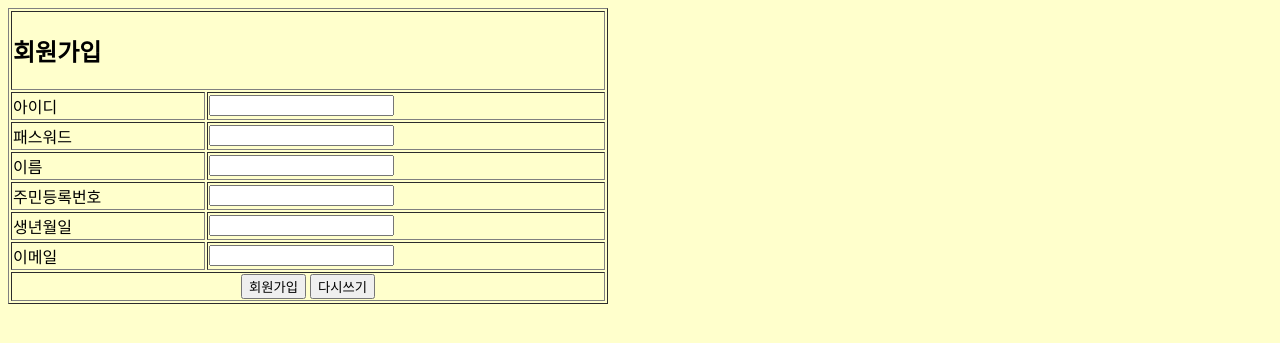
Repository: Chaelin02/2-_JSP
Page: http://localhost/BasicJSP/b06/bean/member.jsp
These files come from the project's save history. The page is drawn as it stood at one moment and after the next save; the edit follows.
The browser window is 1280 px wide. The pictures show the whole page.
The page is served by Tomcat 9.

Above is the page before, as saved 2019-06-24 02:01:02.

After the next save:
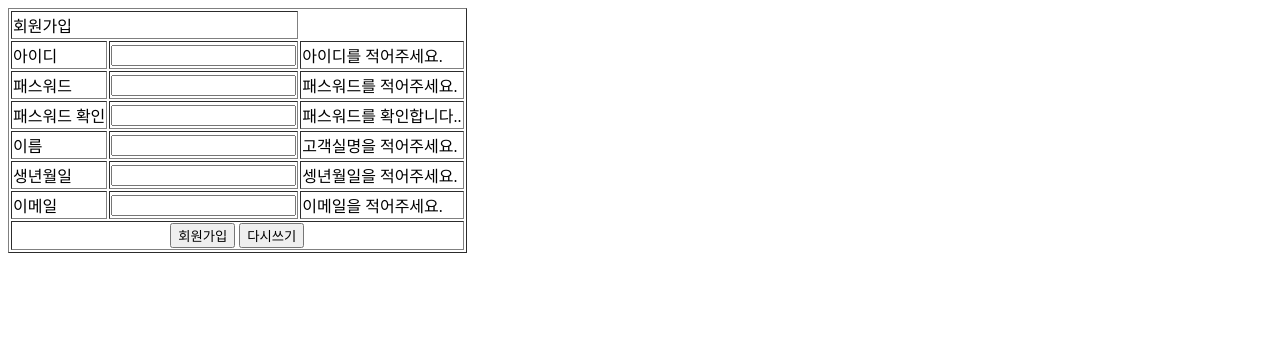
Saved 2 s later.
--- a/BasicJSP/WebContent/b06/bean/member.jsp
+++ b/BasicJSP/WebContent/b06/bean/member.jsp
@@ -6,41 +6,44 @@
 <meta charset="UTF-8">
 <title>Insert title here</title>
 </head>
-<body bgcolor="#ffffcc">
+<body>
 <form method="post" action=memberPro.jsp>
-<table border='1' width=600>
+<table border='1'>
+	<tr width=300>
 	<td colspan=2>
-		<h2>회원가입</h2>
+
+		회원가입
+
 	</td>
 	<tr>
 		<td>아이디</td>
-		<td><input type="text"  name="id" width="20%"></td>
-
+		<td><input type="text"  name="id"></td>
+		<td>아이디를 적어주세요.</td>
 	</tr>
 	<tr>
 		<td>패스워드 </td>
 		<td><input type="password" name="password"></td>
-
+		<td>패스워드를 적어주세요.</td>
+	</tr>
+	<tr>
+		<td>패스워드 확인</td>
+		<td><input type="password" width=10 name="password_OK"></td>
+		<td>패스워드를 확인합니다..</td>
 	</tr>
 	<tr>
 		<td>이름</td>
 		<td> <input type="text" name="name"></td>
-
-	</tr>
-	<tr>
-		<td>주민등록번호</td>
-		<td><input type="text" name="birthday"></td>
-
+		<td>고객실명을 적어주세요.</td>
 	</tr>
 	<tr>
 		<td>생년월일</td>
 		<td><input type="text" name="birthday"></td>
-
+		<td>셍년월일을 적어주세요.</td>
 	</tr>
 	<tr>
 		<td>이메일 </td>
 		<td><input type="text" name="email"></td>
-
+		<td>이메일을 적어주세요.</td>
 	</tr>
 <tr width=300>
 	<td colspan=3>
